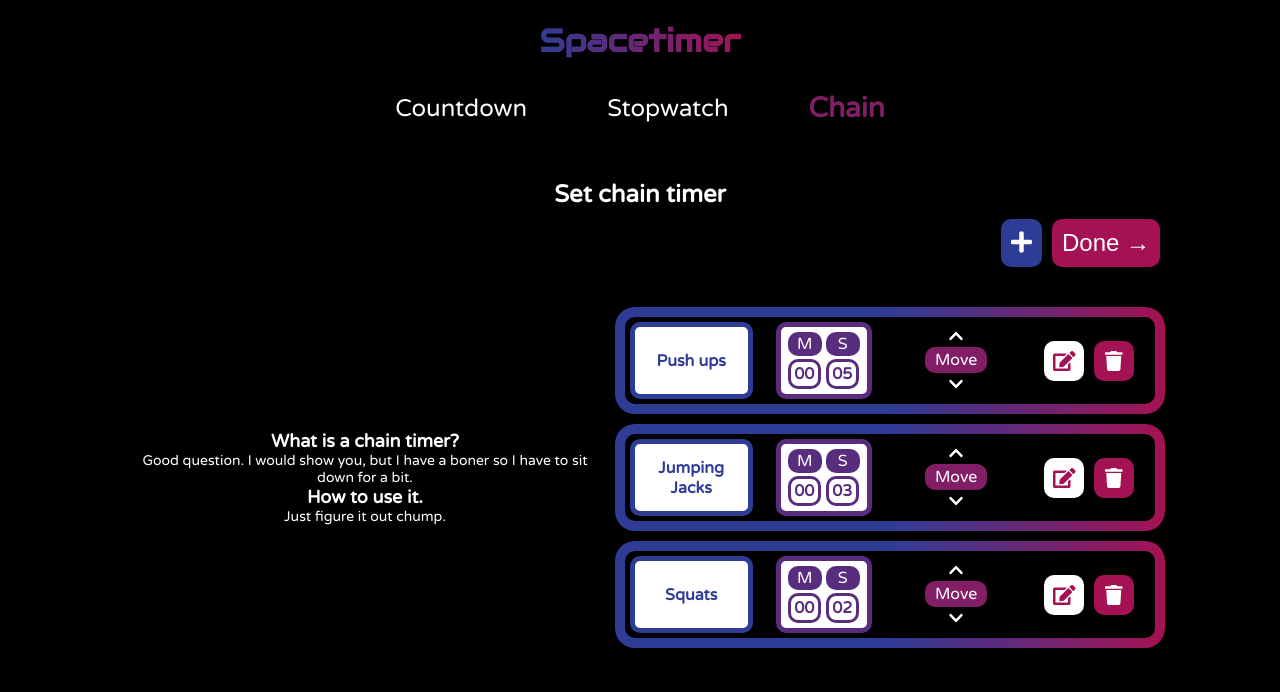
Repository: JohnKrige/space-timer2
Page: /timer-chain
These files come from the project's save history. The page is drawn as it stood at one moment and after the next save; the edit follows.
The browser window is 1280 px wide. The pictures show the whole page.
The project was rebuilt for these pictures with package versions that can differ from the ones it lists, and the page was loaded fresh each time. Also part of the build but not shown: src/components/Timer/styles.js, src/components/Timer/TimerDisplay.js, src/components/Stopwatch/Stopwatch.js, src/components/ChainTimer/ChainTimerItem.js, src/components/SetTimerModal/transition-styles.css, src/components/Timer/Repeater.js, src/components/CountdownTimer/countdownTimerStyles.js, src/components/CountdownTimer/CountdownTimer.js. Imported but missing from the stored project, and not drawn on this page: src/components/CountdownTimer/beep.flac, src/components/CountdownTimer/timersound1.wav.

Above is the page before, as saved 2021-11-21 13:07:12.

### public/index.html
<!DOCTYPE html>
<html lang="en">
  <head>
    <meta charset="utf-8" />
    <link rel="icon" href="%PUBLIC_URL%/favicon.ico" />
    <meta name="viewport" content="width=device-width, initial-scale=1" />
    <meta name="theme-color" content="#000000" />
    <meta
      name="description"
      content="Web site created using create-react-app"
    />

    <title>Space Timer 69</title>
  </head>
  <body>
    <div id="root"></div>
  </body>
</html>

### src/App.js
import {
  BrowserRouter as Router,
  Route,
  Redirect,
  Switch
} from 'react-router-dom';

import Stopwatch from './components/Stopwatch/Stopwatch';
import ChainTimer from './components/ChainTimer/ChainTimer';
import Navbar from './components/Nav/Navbar';
import CountdownTimer from './components/CountdownTimer/CountdownTimer';

import './App.css';

function App() {
  return (
    <div className="App">
      <Router>
        <header className="App-header">
          <h1 className="logo">Spacetimer</h1>
          <Navbar />
        </header>
          <Switch>
            <Route path="/countdown-timer">
              <CountdownTimer />
            </Route>
            <Route path="/stopwatch">
              <Stopwatch />
            </Route>
            <Route path="/timer-chain">
              <ChainTimer />
            </Route>
            <Redirect to="/countdown-timer" />
          </Switch>
      </Router>
    </div>
  );
};

export default App;

### src/components/Nav/Navbar.js

import { NavLink } from 'react-router-dom';
import { useLocation } from 'react-router';

import { NavItem, NavList } from './styles';

const routes = [
    {
        name: "Countdown",
        ext: "/countdown-timer",
    },
    {
        name: "Stopwatch",
        ext: "/stopwatch",
    },
    {
        name: "Chain",
        ext: "/timer-chain",
    },
 ];

const Navbar = () => {
    const location = useLocation();

    const path = location.pathname;

    const navItems = routes.map((item) => {
        const selected = item.ext === path;

        return (
            <NavItem selected={selected} key={item.name}>
                <NavLink to={`${item.ext}`}>
                    <div style={{display: 'inline-block'}}>{item.name}</div>
                </NavLink>
            </NavItem>
        );
    });

    return (
        <NavList style={{display: 'flex', justifyContent: 'center'}}>
            {navItems}
        </NavList>
    );
};

export default Navbar;

### src/App.css
@import url('https://fonts.googleapis.com/css2?family=Audiowide&display=swap');
@import url('https://fonts.googleapis.com/css2?family=Varela+Round&display=swap');

* {
  padding: 0;
  margin: 0;
  text-decoration: none;
  list-style: none;
}

html {
  background-color: black;
  font-size: 20px;
}

body {
  min-height: 100vh;
  font-family: 'Varela Round', sans-serif;
}

.App {
  text-align: center;
  background-color: black;
  padding: 0;
  margin: 0 auto;
  min-height: 100vh;
  display: flex;
  flex-direction: column;
}

.App-header {
  padding-top: 20px;
}

.logo {
  display: inline;
  padding: 0 5px;
  font-family: 'Audiowide', cursive;
  font-size: 32px;
  background: #2f3c96;
  background: -webkit-linear-gradient(to right, #2f3c96 0%, #a41253 100%);
  background: -moz-linear-gradient(to right, #2f3c96 0%, #a41253 100%);
  background: linear-gradient(to right, #2f3c96 0%, #a41253 100%);
  -webkit-background-clip: text;
  -webkit-text-fill-color: transparent;

  @media (min-width) {
    font-size: 64px;
  }
}

.PageTitle {
  text-align: center;
  font-size: 24px;

  @media (min-width) {
    color: #821e66;
    font-size: 32px;
  }

}

### src/pages/Timer/TimerPage.js
import styled from 'styled-components';

 const TimerPageStyle = styled.div`
    display: flex;
    flex-direction: column;
    align-items: ${props => props.align || "center"};
    justify-content: ${props => props.justify || "center"};
    flex-grow: 1;
    margin-top: 20px;

    @media (min-width: 1024px) {
        margin-top: 40px;
    }
`;

const TimerPage = ({align, justify, children}) => {
    return (
        <TimerPageStyle justify={justify} align={align}>
            {children}
        </TimerPageStyle>
    )
}

export default TimerPage;

### src/helpers/getHMS.js
export const getHMS = (totalTime) => {
    const h = Math.floor(totalTime / 3600000);
    const m = Math.floor((totalTime - 3600000 * h) / 60000);
    const s = Math.floor((totalTime - (3600000 * h) - 60000 * m) / 1000);

    return [h, m, s];
}

### src/components/Button/Button.js
import { ButtonContainer } from './styles';

const Button = (props) => {
    return (
        <ButtonContainer onClick={props.onClick} color={props.color} rounded={props.rounded}>
            {props.children}
        </ButtonContainer>
    )
};

export default Button;

### src/components/ChainTimer/chainTimerStyles.js
import styled from 'styled-components';

export const ChainItemContainer = styled.div`
    // border: ${props => props.isActive ? '10px solid white' : ' '};
    margin: 10px 0;
    border-radius: 20px;
    padding: 10px;
    background: rgb(47,60,150);
    background: linear-gradient(90deg, rgba(47, 60, 150, 1) 50%, rgba(164, 18, 83, 1) 100%);
    box-sizing: border-box;
    font-size: 16px;
    width: 350px;

    @media (min-width: 1024px) {
        width: 550px;
    }

    svg {
        cursor: pointer;
    }
`;

export const ChainItemBackground = styled.div`
    height: 100%;
    background-color: rgba(0, 0, 0, 1);
    display: grid;
    column-gap: 10px;
    grid-template-columns: repeat(4, 1fr);
    justify-items: center;
    align-items: center;
    border-radius: 10px;
    padding: 5px;
`;


export const TimeDisplayContainer = styled.div`
    display: flex;
    background-color: white;
    border: 5px solid #592d7e;
    padding: 5px;
    border-radius: 10px;
`;

export const TimeDisplay = styled.div`
    background-color: white;
    border-radius: 10px;
    border: 3px solid #592d7e;
    margin: 3px 3px 0 2px;
    color: #592d7e !important;
    padding: 2px;
    font-weight: bold;
    text-align: center;
`;

export const ButtonsBar = styled.div`
    margin: 10px 0;
    display: flex;
    justify-content: ${props => props.justify || 'center'};
    align-items: 'center';

    @media (min-width: 1024px) {
        margin-bottom: 30px;
    }
`;

export const TimeDisplayLabel = styled.div`
    background-color: #592d7e;
    border-radius: 10px;
    padding: 2px;
    width: 30px;
    margin: 0 2px 0 2px;
    display: inline-block;
`;

export const MoveLabel = styled.div`
    background-color: #821e66;
    padding: 3px 10px;
    border-radius: 10px;
    margin-bottom: 2px;
`;

export const NameLabel = styled.div`
    background-color: white;
    color: rgba(47,60,150,1);
    width: 100%;
    min-width: 80px;
    height: 100%;
    box-sizing: border-box;
    padding: 5px;
    border: 5px solid rgba(47,60,150,1);
    font-weight: bold;
    border-radius: 10px;
    display: flex;
    justify-content: center;
    align-items: center;

    @media (min-width: 1024px) {
        min-width: auto;
    }
`;

export const ChainItemButtons = styled.div`
    display: flex;
    flex-direction: column;

    @media (min-width: 1024px) {
        flex-direction: row;
    }
`;

export const ChainItemButton = styled.button`
    border: none;
    background-color: ${props => props.colorInvert ? 'white' : '#a41253'};
    width: 30px;
    height: 30px;
    font-size: 16px;
    color: ${props => props.colorInvert ? '#a41253' : 'white'};
    border-radius: 10px;
    cursor: pointer;display: flex;
    justify-content: center;
    align-items: center;
    margin: 3px 5px;

    @media (min-width: 1024px) {
        width: 40px;
        height: 40px;
        font-size: 20px;
    }
`;

export const ItemName = styled.div`
    display: flex;
    align-items: center;
    justify-content: center;
    margin-top: 40px;
`;

export const TimeDisplayMain = styled.div`
    display: flex;
    margin: 10px;

    @media(min-width: 1024px) {

    }
`;

export const TimeDisplaySection = styled.div`
    display: flex;
    flex-direction: column;
    border: 3px solid white;
    padding-bottom: 20px;
    border-radius: 10px;
    overflow: hidden;
    margin: 10px 5px;

    @media (min-width: 1024px) {
        margin: 30px 10px;
    }
`;

export const MinutesAndSeconds = styled.div`
    font-size: 54px;
    margin-top: 20px;

    @media (min-width: 1024px) {
        font-size: 72px;
    }
`;

export const MinsAndSecsHeading = styled.div`
    padding: 10px 20px;
    background-color: ;
    background: rgb(47,60,150);
    background: linear-gradient(90deg, rgba(47, 60, 150, 1) 50%, rgba(164, 18, 83, 1) 100%);

    @media (min-width: 1024px) {
        font-size: 72px;
        padding: 10px 50px 10px 50px;
    }
`;

export const ItemNameTitle = styled.div`
    font-size: 36px;

    @media (min-width: 1024px) {
        font-size: 72px;
    }
`;

export const ItemNameNumber = styled.div`
    margin-right: 10px;
`;

export const ChainTimerMain = styled.div`
    display: flex;
    align-items: center;
    justify-content: center;
    flex-direction: column;
`;

export const NextItem = styled.div`
    @media(min-width: 1024px) {
        font-size: 30px;
    }
`;

export const UpNext = styled.div`
    color: rgba(164, 18, 83, 1);
    border-radius: 10px;
    font-weight: bold;
`;

export const EditTimerContainer = styled.div`
    display: flex;
    flex-direction: column;
    align-items: center;

    @media (min-width: 1024px) {
        display: block;
    }
`;

export const EditItems = styled.div
`
    display: flex;
    flex-direction: column;
    align-items: center;

    @media (min-width: 1024px) {
        flex-direction: row;
    }
`;

export const WhatIsContainer = styled.div`
    max-width: 300px;
    padding: 5px;
    box-sizing: border-box;

    & h3{
        font-size: 18px;
    }

    & p {
        font-size: 14px;
    }

    @media (min-width: 1024px) {
        max-width: 500px;
        padding: 20px;
    }
`;

export const ChainTimerPage = styled.div`
    margin-bottom: 50px;
`;

### src/components/ChainTimer/EditTimerChain.js
import { useState } from 'react';

import ChainEditItem from "./ChainEditItem";
import TimerPage from '../../pages/Timer/TimerPage';
import { FontAwesomeIcon } from '@fortawesome/react-fontawesome';
import { faEdit, faPlay, faPause, faUndo, faVolumeUp, faVolumeMute, faPlus, faStepForward, faStepBackward } from '@fortawesome/free-solid-svg-icons';
import { ButtonsBar, EditTimerContainer, WhatIsContainer, EditItems } from "./chainTimerStyles";
import Button from '../Button/Button';
import SetTimerModal from "../SetTimerModal/SetTimerModal";


const EditTimerChain = (props) => {
    const [ newItem, setNewItem ] = useState(false);

    const AddNewItem = (totalTime, name) => {
        setNewItem(false);
        props.addTimer(totalTime, name);
    };

    const newItemProps = {
        totalTime: 500000,
        show: newItem,
        type: "chain item",
        lessThanHour: true,
        name: "Activity name",
        onSubmit: AddNewItem,
        onClose: () => setNewItem(false),
    };

    const timersDisplay = props.timers.map((item) => {
        const isActive = item.itemIndex === props.currentTimer;
        // const timeRemaining = isActive ? item.time - props.timeElapsed : item.isDone ? 0 : item.time;

        return (
            <ChainEditItem
                key={item.itemIndex}
                name={item.name}
                time={item.time}
                index={item.itemIndex}
                isActive={isActive}
                moveUp={props.moveItemUp}
                moveDown={props.moveItemDown}
                timeRemaining={item.time}
                remove={props.removeItem}
                editItem={props.editItem}
            />
        )
    });

    return (
        <>
            <SetTimerModal {...newItemProps} />
            <EditTimerContainer>
                <ButtonsBar justify="end" margin="20px 0">
                    <Button onClick={() => setNewItem(true)} color="blue"><FontAwesomeIcon icon={faPlus} /></Button>
                    <Button onClick={() => props.closeEdit(false)} color="red">Done →</Button>
                </ButtonsBar>
                <EditItems>
                    <WhatIsContainer>
                        <h3>What is a chain timer?</h3>
                        <p>Good question. I would show you, but I have a boner so I have to sit down for a bit.</p>
                        <h3>How to use it.</h3>
                        <p>Just figure it out chump.</p>
                    </WhatIsContainer>
                    <div>
                        {timersDisplay}
                    </div>
                </EditItems>
            </EditTimerContainer>
        </>
    )
};

export default EditTimerChain;

### src/helpers/timeDisplay.js
export const neatTimeDisplay = (time) => `${time}`.length < 2 ? `0${time}` : `${time}`;

### src/components/Nav/styles.js
import styled from 'styled-components';

export const NavItem = styled.li`
    cursor: pointer;
    font-size: 14px;
    flex: 1;
    display: flex;
    align-items: center;
    justify-content: center;
    background-color: ${props => props.selected ? "#821e66" : "rgba(47,60,150,1)"};
    padding: 10px 0;
    border-radius: 15px 15px 0 0;


    @media (min-width: 1024px) {
        margin: 20px 40px 5px 40px;
        flex: 0;
        background-color: transparent;
    }

    & div {
        font-size: ${props => props.selected && "16px"};
        text-align: center;
        color: white;

        @media (min-width: 1024px) {
            font-size: ${props => props.selected ? "28" : "24"}px;
            color: ${props => props.selected ? "#821e66" : "white"};
            font-weight: ${props => props.selected && "600"};
        }
    }

    & div:hover {
        @media (min-width: 1024px) {
            color: #821e66;
        }
    }
`;

export const NavList = styled.ul`
    display: flex;
    justify-content: space-between;
    width: 100%;
    position: fixed;
    bottom: 0;
    // padding: 10px 0;
    border-radius: 20px 20px 0 0;
    border-bottom: none;
    box-sizing: border-box;
    // background: rgb(251,230,245);
    // background: linear-gradient(0deg, rgba(251,230,245,1) 59%, rgba(255,255,255,1) 100%);

    @media (min-width: 1024px) {
        position: static;
        background: transparent;
        justify-content: center;
    }
}`

### src/components/Button/styles.js
import styled from 'styled-components';

export const ButtonContainer = styled.button`
    background: ${props => props.color === "blue" ? "rgb(47,60,150)" : props.color === "purple" ? "#592d7e" : props.color === "pink" ? "#821e66" : "#a41253"};
    border: none;
    color: white;
    padding: 10px;
    font-size: 24px;
    border-radius: ${props => props.rounded ? "50%" : "10px"};
    margin: 0 5px;
    cursor: pointer;
`;

### src/components/ChainTimer/ChainEditItem.js
import { useState } from 'react';
import { FontAwesomeIcon } from '@fortawesome/react-fontawesome';
import { faChevronUp, faChevronDown, faTrash, faEdit, faPeopleArrows} from '@fortawesome/free-solid-svg-icons';
import SetTimerModal from '../SetTimerModal/SetTimerModal';

import { ChainItemContainer, TimeDisplay, TimeDisplayContainer, ChainItemBackground, TimeDisplayLabel, MoveLabel, ChainItemButton, NameLabel, ChainItemButtons } from "./chainTimerStyles";

import { getHMS } from '../../helpers/getHMS';
import { neatTimeDisplay } from '../../helpers/timeDisplay';

const ChainEditItem = (props) => {
    const [showEditItem, setShowEditItem] = useState(false);
    const [h, m, s] = getHMS(props.timeRemaining);

    const editItem = (timeMs, name) => {
        setShowEditItem(false);
        props.editItem(props.index, timeMs, name);
    };

    return (
        <ChainItemContainer isActive={props.isActive}>
            <SetTimerModal onSubmit={editItem} totalTime={props.time} show={showEditItem} onClose={() => setShowEditItem(false)} type="" lessThanHour name={props.name} />
            <ChainItemBackground>
                <NameLabel>
                    <div>{props.name}</div>
                </NameLabel>
                <TimeDisplayContainer>
                    <div >
                        <div>
                            <TimeDisplayLabel>M</TimeDisplayLabel>
                        </div>
                        <TimeDisplay>{neatTimeDisplay(m)}</TimeDisplay>
                    </div>
                    <div >
                        <TimeDisplayLabel>S</TimeDisplayLabel>
                        <TimeDisplay>{neatTimeDisplay(s)}</TimeDisplay>
                    </div>
                </TimeDisplayContainer>
                <div>
                    <FontAwesomeIcon icon={faChevronUp} onClick={() => props.moveUp(props.index)} />
                    <MoveLabel>Move</MoveLabel>
                    <FontAwesomeIcon icon={faChevronDown} onClick={() => props.moveDown(props.index)} />
                </div>
                <ChainItemButtons>
                    <ChainItemButton onClick={() => setShowEditItem(true)} colorInvert><FontAwesomeIcon icon={faEdit} /></ChainItemButton>
                    <ChainItemButton onClick={() => props.remove(props.index)}><FontAwesomeIcon icon={faTrash} /></ChainItemButton>
                </ChainItemButtons>
            </ChainItemBackground>
        </ChainItemContainer>
    )
};

export default ChainEditItem;

### src/components/SetTimerModal/modalStyles.js
import styled from "styled-components";

const topOffset = 120;

export const ModalContainer = styled.div`
    width: 100vw;
    height: calc(100% - ${topOffset});
    overflow: hidden;
    background-color: black;
    position: absolute;
    top: ${topOffset}px;
    left: 0;
    display: flex;
    justify-content: center;
`;

export const ModalBackground = styled.div`
    position: relative;
    margin: 70px;
    background: rgb(47,60,150);
    background: linear-gradient(125deg, rgba(47,60,150,1) 0%, rgba(164,18,83,1) 100%);
    border-radius: 15px;
    border: 4px solid white;
    display: flex;
    flex-direction: column;
    align-items: center;
    justify-content: center;
    padding: 20px;

    @media(min-width: 1024px){
        width: 500px;
        margin-top: 100px;
    }
`;

export const ModalContent = styled.div`
    display: flex;
    flex-direction: column;
    padding: 20px 0;
    border-radius: 15px;
    background: rgba(255, 255, 255);
    border: 4px solid black;
    width: 100%;
    min-height: 100%;
    box-sizing: border-box;

    & h2 {
        font-size: 44px;
        color: #592d7e;
        //   font-family: 'Audiowide', cursive;
    }
`;

export const TimeInput = styled.div`
    max-width: 80px;
    padding: 10px;
    background-color: ${props => props.color === "red" ? "#a41253" : props.color === "purple" ? "#592d7e" : "#2f3c96"};
    border-radius: 10px;
    margin: 0px 5px;

    @media (min-width: 1024px) {
        padding: 20px;
    }

    & label {
        text-align: start;
    }

    & input {
        margin-bottom: 3px;
        border: none;
        max-width: 50px;
        border-radius: 2px;
        padding: 2px 3px;
    }
`;

export const TimeInputs = styled.form`
    display: flex;
    margin: 20px 0;
    justify-content: center;
    font-size: 14px;

    @media(min-width: 1024px) {
        font-size:
    }
`;

export const CloseModal = styled.div`
    font-size: 25px;
    display: flex;
    justify-content: center;
    align-items: center;
    width: 40px;
    height: 40px;
    background-color: white;
    border-radius: 50%;
    position: absolute;
    color: black;
    cursor: pointer;
    top: -40px;
    right : -35px;

    @media(min-width: 1024px) {
        top: -50px;
        right : -45px;
    }
`;

export const NameInput = styled.div`
    display: flex;
    align-items: center;
    flex-direction: column;
    margin: 5px;
    padding: 10px;
    background: #2f3c96;
    border-radius: 10px;

    @media(min-width: 1024px) {
        padding: 20px 40px;
        margin-top: 30px;
    }

    & label {
        margin-top: 3px;
        font-size: 20px;
    }

    & input {
        padding: 5px;
        border: none;
        border-radius: 5px;
    }
`;

export const ModalTitle = styled.div`
    font-size: 24px;
    color: #592d7e;

    @media(min-width: 1024px) {
        font-size: 32px;
        font-weight: bold;
    }
`;

Loaded but not shown: src/index.js (common file); src/index.css (common file); src/components/ChainTimer/ChainTimer.js (292 lines, source omitted); src/components/SetTimerModal/SetTimerModal.js (140 lines, source omitted)

After the next save:
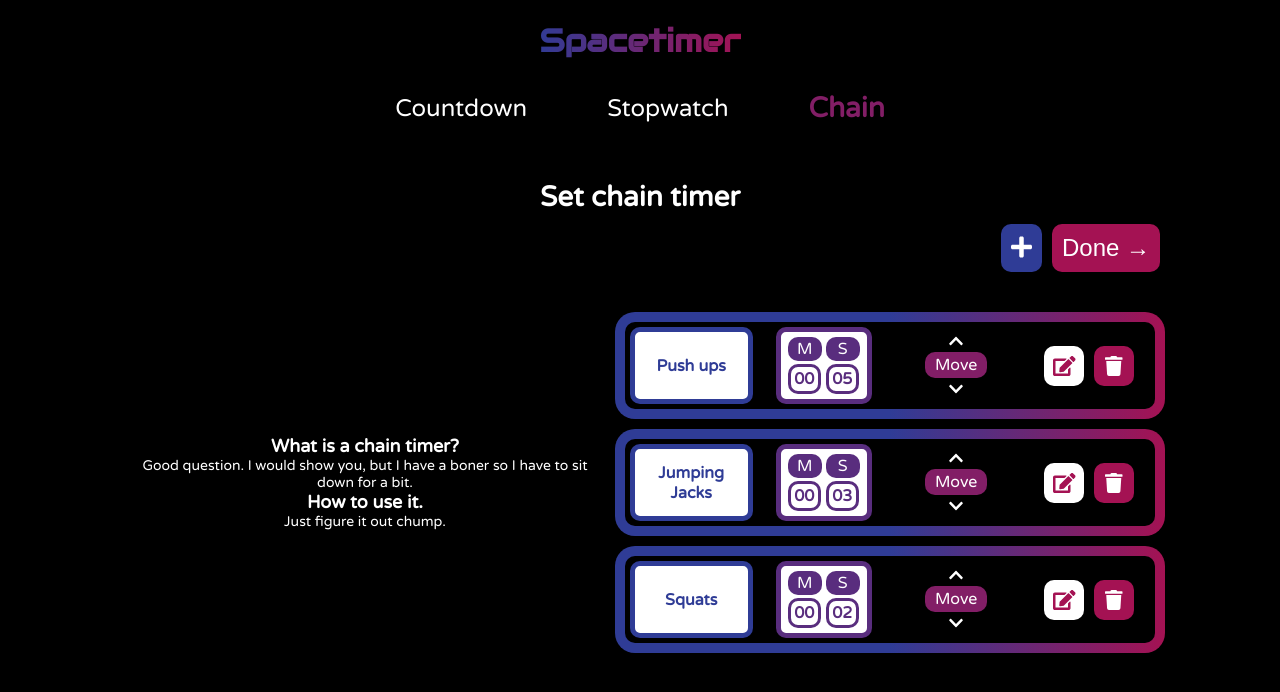
Saved 24 s later.
--- a/src/App.css
+++ b/src/App.css
@@ -51,7 +51,7 @@ body {
 
 .PageTitle {
   text-align: center;
-  font-size: 24px;
+  font-size: 28px;
 
   @media (min-width) {
     color: #821e66;
